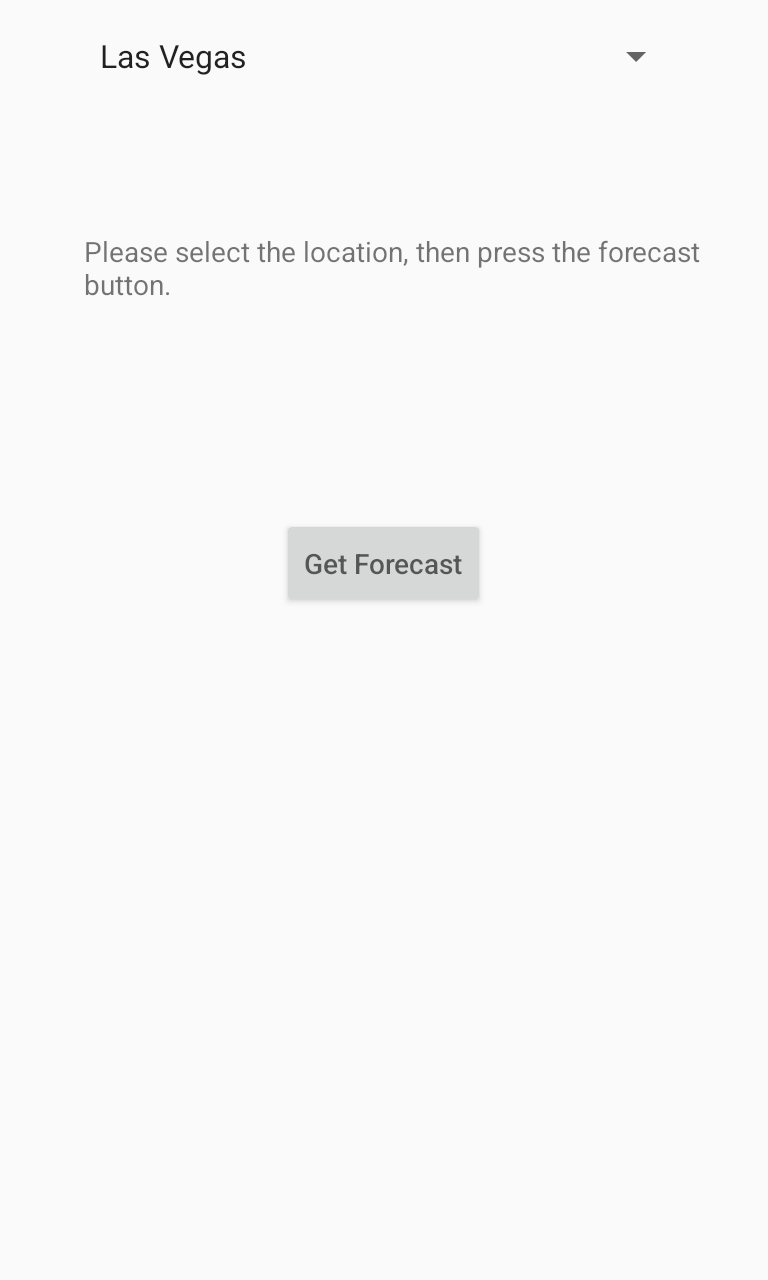
Repository: g80349/Java1
Layout: Week2/Weather/res/layout/activity_main.xml
The author's editor kept a copy of each file at every save. The layout is drawn from the files as they stood at one save, then again after the next save.
It is drawn on a 768 x 1280 px phone screen (xhdpi) without system bars, with theme AppTheme; the app's code is not run. Lists and similar views that code fills are empty.

Above is the layout before, as saved 2014-04-10 02:15:00.

After the next save:
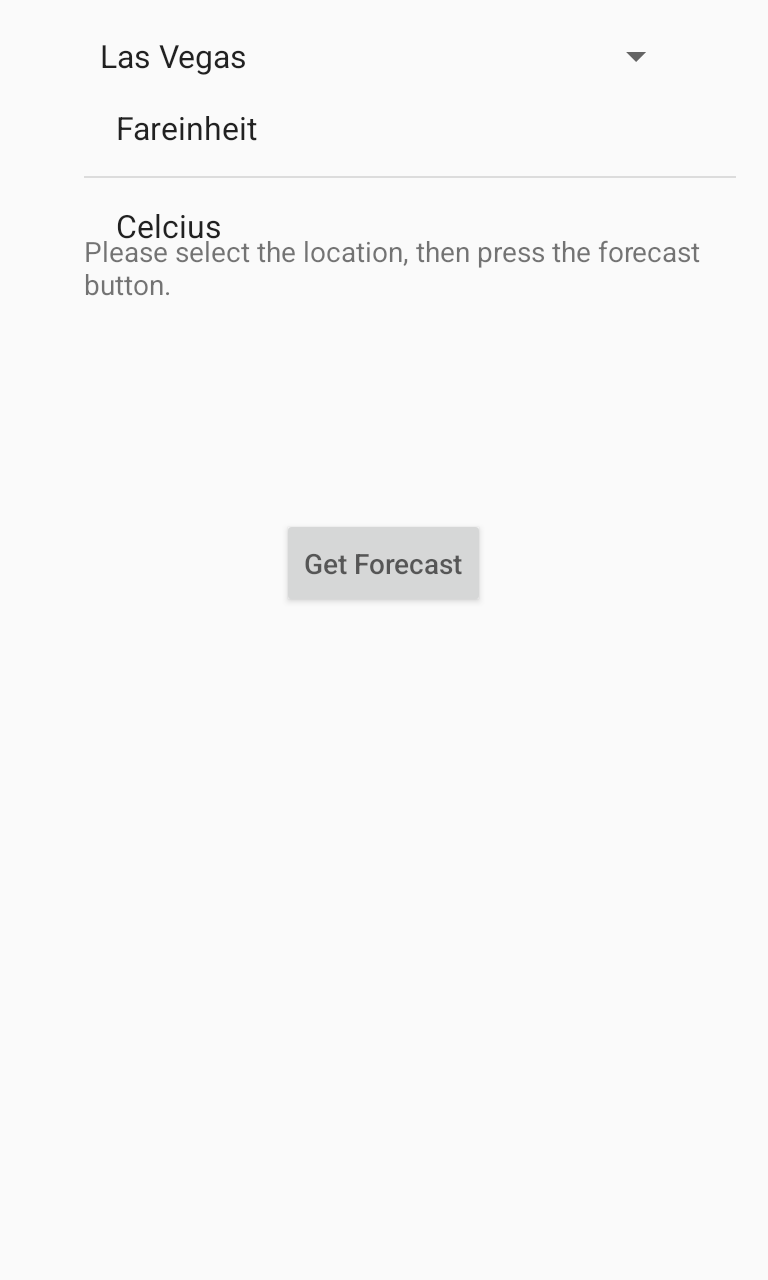
Saved 20 s later.
--- a/Week2/Weather/res/layout/activity_main.xml
+++ b/Week2/Weather/res/layout/activity_main.xml
@@ -40,7 +40,8 @@
         android:layout_width="match_parent"
         android:layout_height="wrap_content"
         android:layout_alignLeft="@+id/location"
-        android:layout_below="@+id/location" >
+        android:layout_below="@+id/location"
+        android:entries = "@array/temp_array" >
     </ListView>
 
 </RelativeLayout>

After the save that followed:
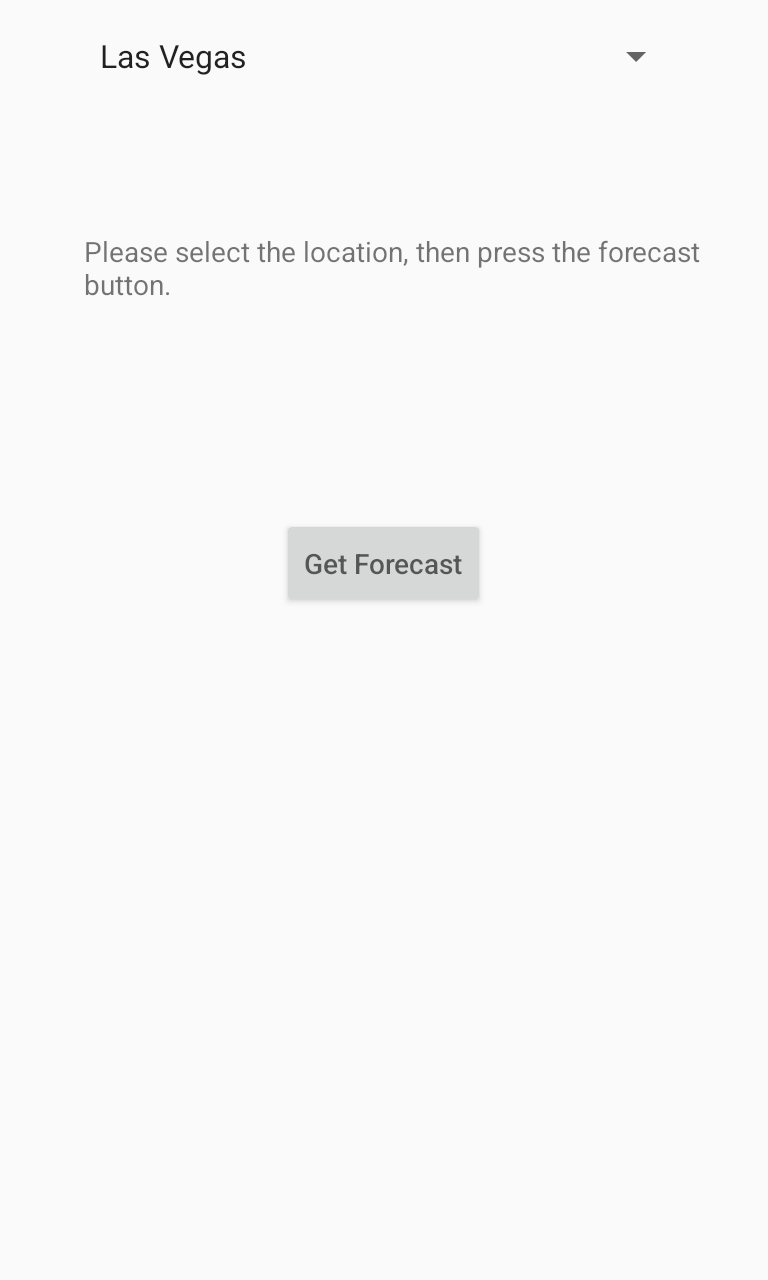
Saved 57 s later.
--- a/Week2/Weather/res/layout/activity_main.xml
+++ b/Week2/Weather/res/layout/activity_main.xml
@@ -35,13 +35,4 @@
         android:layout_marginTop="76dp"
         android:text="@string/forecast_text" />
 
-    <ListView
-        android:id="@+id/tempView"
-        android:layout_width="match_parent"
-        android:layout_height="wrap_content"
-        android:layout_alignLeft="@+id/location"
-        android:layout_below="@+id/location"
-        android:entries = "@array/temp_array" >
-    </ListView>
-
 </RelativeLayout>
